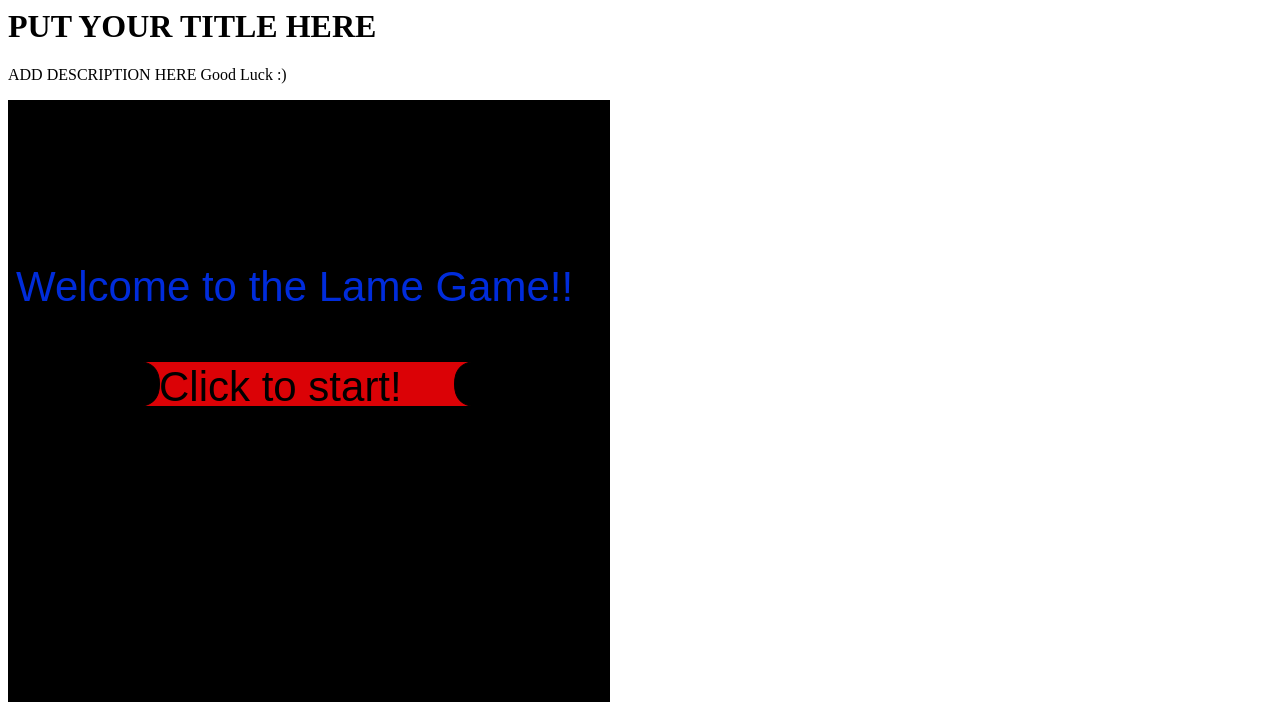
Repository: LilHel21/LillianRod.github.io
Page: ballgame.html
The author's editor kept a record of every edit. The page is drawn from the files as they stood at one moment, then again after the next edit.
The browser window is 1280 px wide. The pictures show the whole page.

Above is the page before.

After the next edit:
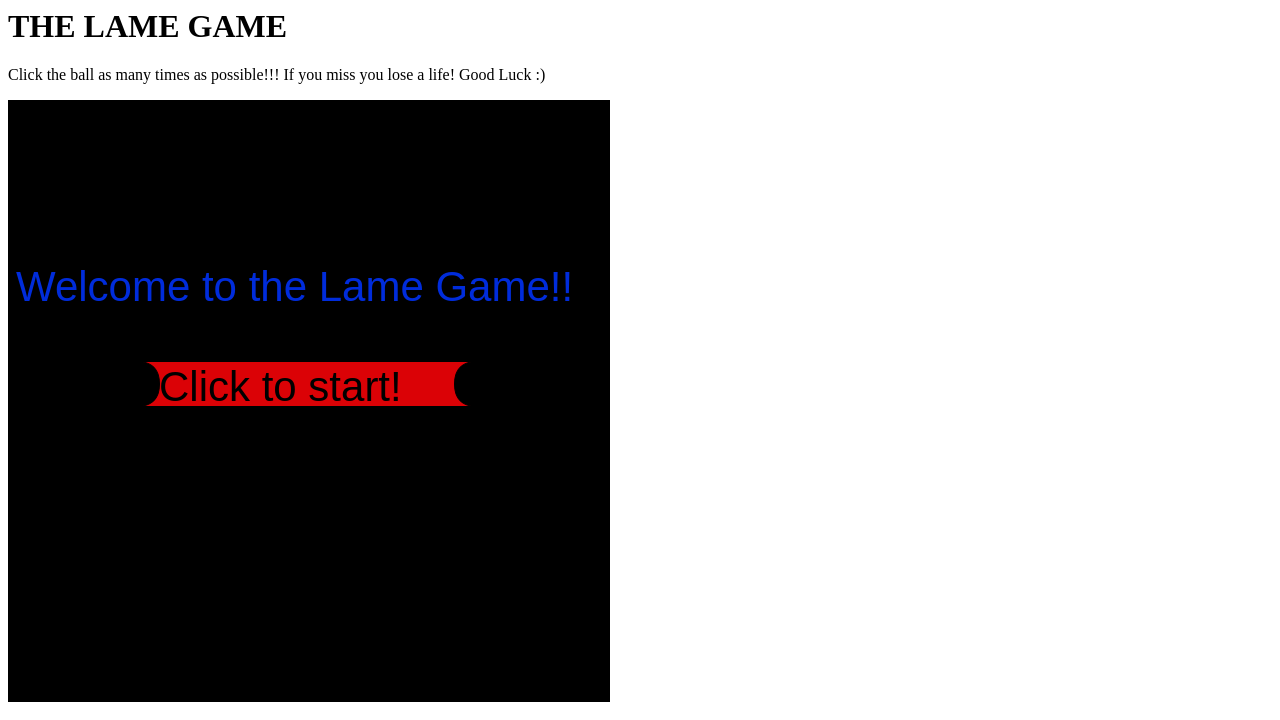
The edit:
--- a/ballgame.html
+++ b/ballgame.html
@@ -7,8 +7,8 @@
   </head>
 
   <body>
-    <h1>PUT YOUR TITLE HERE</h1>
-    <p>ADD DESCRIPTION HERE Good Luck :)</p>
+    <h1>THE LAME GAME</h1>
+    <p>Click the ball as many times as possible!!! If you miss you lose a life! Good Luck :)</p>
 
     <script type="text/processing">
 
